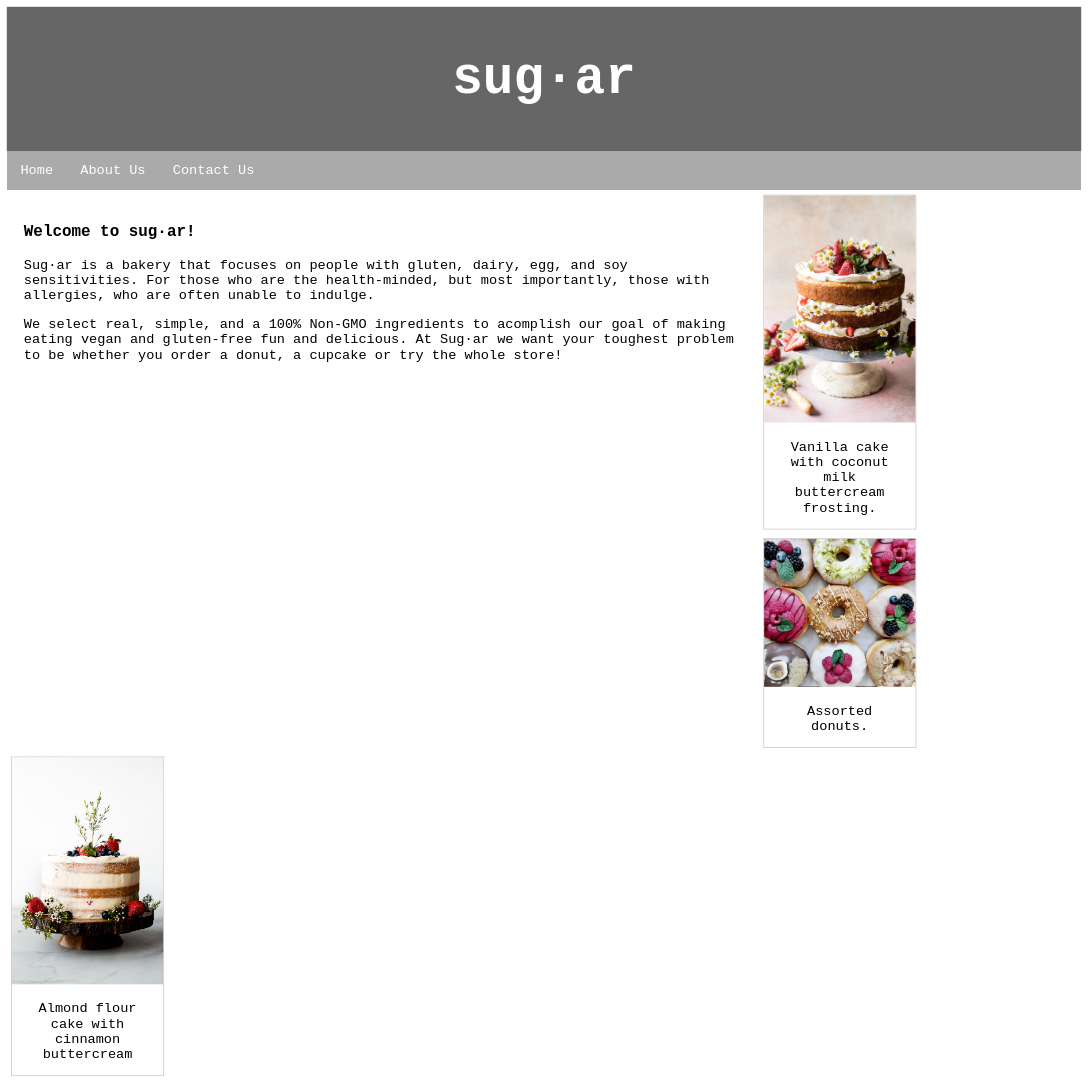
Repository: lavaghimire/lavaghimire.github.io
Page: WEBSITE/website.html
The author's editor kept a record of every edit. The page is drawn from the files as they stood at one moment, then again after the next edit.
The browser window is 1280 px wide. The pictures show the whole page, at 85% of full size.

Above is the page before.

### WEBSITE/website.html
<!DOCTYPE html>
<html lang="en">
<head>
<meta charset="utf-8">
<meta name="viewport" content="width=device-width, initial-scale=1">
<style>
* {
  box-sizing: border-box;
}

body {
  font-family:  Courier New;
}

/* Start of gallery */

div.gallery {
  margin: 5px;
  border: 1px solid #ccc;
  float: left;
  width: 180px;
}

div.gallery:hover {
  border: 1px solid #777;
}

div.gallery img {
  width: 100%;
  height: auto;
}

div.desc {
  padding: 15px;
  text-align: center;
}
/* end of gallery */

/* Style the header */
header {
  background-color: #666;
  padding: 1px;
  text-align: center;
  font-size: 40px;
  color: white;
}

/* nav bar starts here */
ul {
  list-style-type: none;
  margin: 0;
  padding: 0;
  overflow: hidden;
  background-color: #aaa;
  position: -webkit-sticky; /* Safari */
  position: sticky;
  top: 0;

}

li {
  float: left;
}

li a {
  display: block;
  color: white;
  text-align: center;
  padding: 14px 16px;
  text-decoration: none;
}

li a:hover {
  background-color: #111;
}

.active {
  background-color: #aaa;
}
/* nav bar ends here */

/* Clear floats after the columns */
section:after {
  content: "";
  display: table;
  clear: both;
}
article {
  float: left;
  padding: 20px;
  width: 70%;
  background-color: white;
  height: 600px; /* only for demonstration, should be removed */

}
</style>
</head>
<body>
<section>

<header>
  <h2>sug·ar</h2>

</header>

<ul>
  <li><a class="active" href="#home">Home</a></li>
  <li><a href="#news">About Us</a></li>
  <li><a href="#contact">Contact Us</a></li>
</ul>



  <article>
    <h1>Welcome to sug·ar!</h1>
    <p>Sug·ar is a bakery that focuses on people with gluten, dairy, egg, and soy sensitivities. For those who are
    the health-minded, but most importantly, those with allergies, who are often unable to indulge.</p>
    <p>We select real, simple, and a 100% Non-GMO ingredients to acomplish our goal of making eating vegan
    and gluten-free fun and delicious. At Sug·ar we want your toughest problem to be whether you order a donut, a cupcake or try the whole store! </p>
  </article>

  <div class="gallery">
  <a target="_blank" href="cake.jpg">
    <img src="cake.jpg" alt="Cinque Terre" width="600" height="400">
  </a>
  <div class="desc">Vanilla cake with coconut milk buttercream frosting.</div>
</div>

<div class="gallery">
  <a target="_blank" href="donuts.jpg">
    <img src="donuts.jpg" alt="Northern Lights" width="600" height="400">
  </a>
   <div class="desc">Assorted donuts.</div>
</div>

<div class="gallery">
  <a target="_blank" href="naked-cake-2.jpg">
    <img src="naked-cake-2.jpg" alt="Cake" width="600" height="500">
  </a>
  <div class="desc">Almond flour cake with cinnamon buttercream </div></div>
</div>



</section>



</body>
</html>

After the next edit:
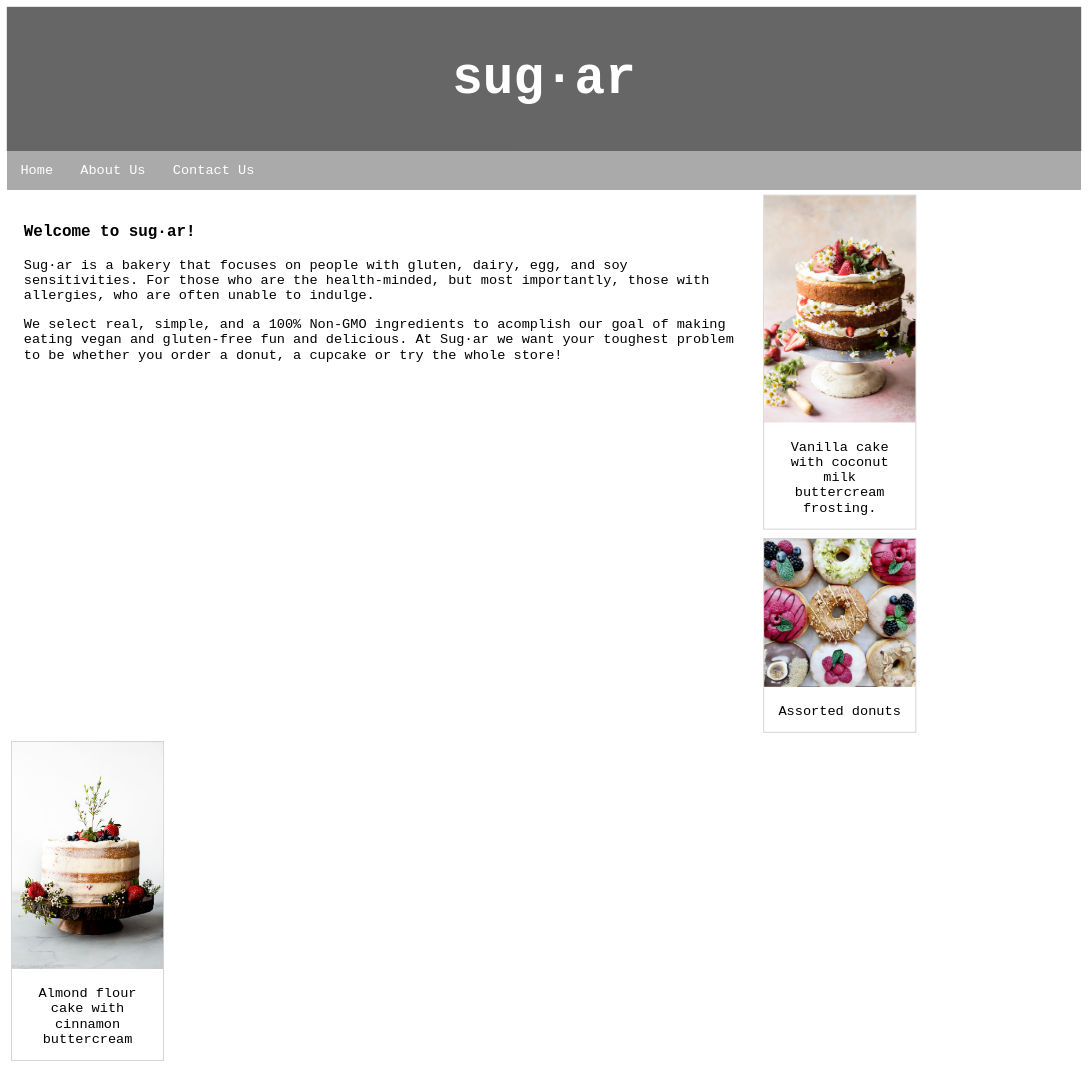
The edit:
--- a/WEBSITE/website.html
+++ b/WEBSITE/website.html
@@ -130,7 +130,7 @@
   <a target="_blank" href="donuts.jpg">
     <img src="donuts.jpg" alt="Northern Lights" width="600" height="400">
   </a>
-   <div class="desc">Assorted donuts.</div>
+   <div class="desc">Assorted donuts</div>
 </div>
 
 <div class="gallery">
